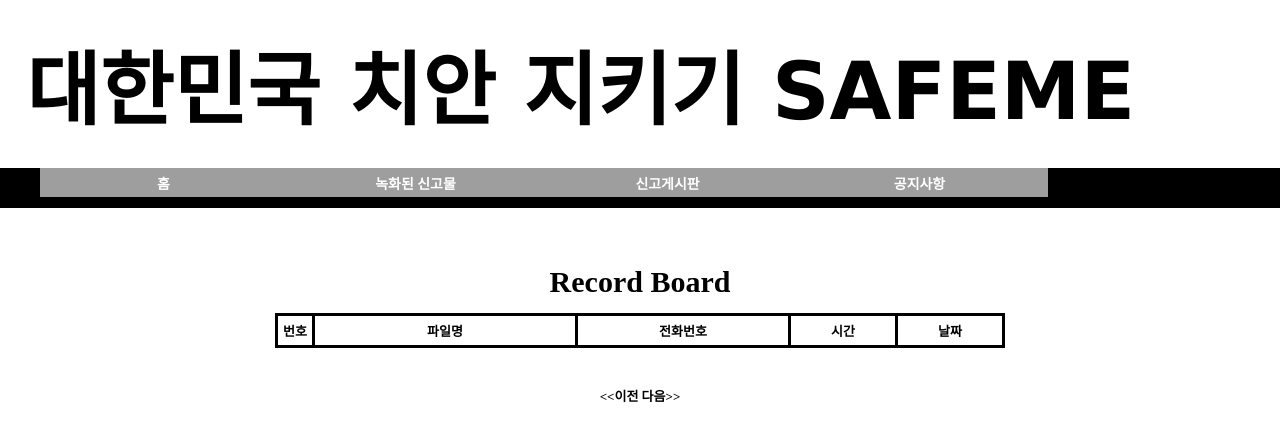
Repository: imdasom/SafeMe
Page: http://localhost/SafeMe/homepage/recordkesipan.jsp
These files come from the project's save history. The page is drawn as it stood at one moment and after the next save; the edit follows.
The browser window is 1280 px wide. The pictures show the whole page.
Pictures or frames that could not be fetched are drawn as grey boxes. The page is served by Tomcat 9. Queries for data that is not in the repository find no rows.

Above is the page before, as saved 2015-12-14 07:22:42.

### FinalSafeMeWeb/SafeMe/homepage/recordkesipan.jsp
<%@ page language="java" import="java.sql.*" contentType="text/html; charset=utf-8" pageEncoding="utf-8"%>
<html>
<head>
<jsp:include page="Home.jsp" flush="false" /></br></br>
<title>글 목록 보기</title>
</head>
<body bgcolor="white" text="black" link="blue" vlink="red" alink="red" style="font-family:돋움;">
<p align="center"><br>
<div align="center"><h1>Record Board</h1>
<table border="0" cellpadding="0" cellspacing="0" width="700">
  	<tr>
        <td bgcolor="black"><table border="0" cellpadding="5" cellspacing="3" width="100%">
                <tr>
                    <th align="center" nowrap bgcolor="#FFFFFF"><p><font
                         size="2" color=black>번호</font></th>
                    <th width=250 align="center" nowrap bgcolor="#FFFFFF""><p><font
                         size="2" color=black>파일명</font></th>
                    <th width="200" align="center" nowrap bgcolor="#FFFFFF""><p><font
                         size="2" color=black>전화번호</font></th>
                    <th width="94" align="center" nowrap bgcolor="#FFFFFF""><p><font
                         size="2" color=black>시간</font></th>
                    <th width="94" align="center" nowrap bgcolor="#FFFFFF"><p><font
                         size="2" color=black>날짜</font></th>
                </tr>
<%
try {
	String b_date,b_time,b_phonenum,b_filename,b_loc_str,b_loc_lat,b_loc_lon;
        int b_id;

	int datacount=0;
        int pagecount;

      Class.forName("com.mysql.jdbc.Driver");
      Connection conn = DriverManager.getConnection("jdbc:mysql://localhost:3306/safemetest","root","test123");
      Statement stmt = conn.createStatement();

        ResultSet rs0=stmt.executeQuery("select count(id) from notify");

        if(rs0.next()) {
                datacount=rs0.getInt(1);
                rs0.close();
        }
        int pagesize=10;
        pagecount=datacount/(pagesize+1)+1;
        int mypage=1;
        int abpage=1;
        if(request.getParameter("mypage")!=null) {
                mypage=Integer.parseInt(request.getParameter("mypage"));
                abpage=(mypage-1)*pagesize+1;
		if(abpage <= 0 ) abpage=1;
        }

       ResultSet rs = stmt.executeQuery("select * from notify order by id desc");

	if(!rs.next()) {
		pagesize=0;
	} else {
		%>

		<%
		rs.absolute(abpage);
	}
	for(int k=1;k <= pagesize; k++) {
                b_id=rs.getInt(1);
                b_date=rs.getString(2);
                b_time=rs.getString(3);
                b_phonenum=rs.getString(4);
                b_filename=rs.getString(5);
                b_loc_str=rs.getString(6);
                b_loc_lat=rs.getString(7);
                b_loc_lon=rs.getString(8);
%>
                <tr>
                  <td align="center" bgcolor="#FFFFFF" ><p><font size="2"><%=b_id%></font></td>
                  <td width="364" align="left" bgcolor="#FFFFFF"><p><font
                       size="2">&nbsp;&nbsp;&nbsp;</font><a href="recordkesipan_view1.jsp?bid=<%=b_id%>"><font
                       size="2"><%=b_filename%></font></a></td>
                  <td width="94" align="center" nowrap bgcolor="#FFFFFF"><p><font
                       size="2"><%=b_phonenum%></font></td>
                  <td width="114" align="center" bgcolor="#FFFFFF"><p><font
                       size="2"><%=b_date%></font></td>
                  <td align="center" bgcolor="#FFFFFF" ><p><font size="2"><%=b_time%></font></td>
                </tr>
<%
		if(rs.getRow()==datacount){
			break;
		} else {
			rs.next();
		}
	}

	rs.close();
	stmt.close();
	conn.close();

%>
            </table></td>
 </tr>
</table></div><br>
<p align="center"><font size=2>
<%
        int gopage=1;
        if(mypage!=1) {
                gopage=mypage-1;
                out.println("<a href=recordkesipan.jsp?mypage="+gopage+"><<이전</a>  ");
        } else {
		out.println("<<이전");
	}
%>
<%
        if(mypage!=pagecount) {
                gopage=mypage+1;
                out.println("<a href=recordkesipan.jsp?mypage="+gopage+">다음>></a>  ");
        } else {
		out.println("다음>>");
	}
} catch (Exception e) {
	out.println(e);
}
%>

</font></p>
</body>
</html>

### FinalSafeMeWeb/SafeMe/homepage/Home.jsp
<%@ page language="java" contentType="text/html; charset=EUC-KR"
    pageEncoding="EUC-KR"%>
<!DOCTYPE html PUBLIC "-//W3C//DTD HTML 4.01 Transitional//EN" "http://www.w3.org/TR/html4/loose.dtd">
<html xmlns="http://www.w3.org/1999/xhtml">
                <head>
                        <meta http-equiv="Content-Type" content="text/html; charset=iso-8859-1" />
                        <title>대한민국 치안 방지 프로젝트</title>
                        <style type="text/css">
<!--
body{
	margin:0;
	padding:0;
	font: bold 15px/1.5em '맑은고딕';
	}
h2{
	font: bold 80px 맑은 고딕, Verdana, Arial, Helvetica, sans-serif;
	color: #000;
	margin: 26px;
	padding: 0px 0px 0px 0px;
	}

/*- Menu Tabs E--------------------------- */

    #tabsE {
      float:left;
      width:100%;
      background:#000;
      font-size:93%;
      line-height:normal;
      height: 40px;
      }
    #tabsE ul {
        margin:0;
        /* padding:10px 10px 0 50px; */
        list-style:none;
        text-align : center;
      }
    #tabsE li {
      display:inline;
      margin:0;
      padding:0;
      }
    #tabsE a {
      float:left;
      background:url("tableftE.gif") no-repeat left top;
      margin:0;
      padding:0 0 0 4px;
      text-decoration:none;
      width:20%;
      }
    #tabsE a span {
      float:left;
      display:block;
      background:url("tabrightE.gif") no-repeat right top;
      padding:5px 15px 4px 6px;
      color:#FFF;
      }
    /* Commented Backslash Hack hides rule from IE5-Mac \*/
    #tabsE a span {float:none;}
    /* End IE5-Mac hack */
    #tabsE a:hover span {
      color:#FFF;
      }
    #tabsE a:hover {
      background-position:0% -42px;
      }
    #tabsE a:hover span {
      background-position:100% -42px;
      }

        #tabsE #current a {
                background-position:0% -42px;
        }
        #tabsE #current a span {
                background-position:100% -42px;
        }
-->
</style>
                </head>

                <body>

                        <h2>대한민국 치안 지키기 SAFEME</h2>
                        <div id="tabsE">
                                <ul>
                                        <!-- CSS Tabs -->
<li><a href="HomeImage.jsp"><span>홈</span></a></li>
<li><a href="recordkesipan.jsp"><span>녹화된 신고물</span></a></li>
<li><a href="sinkokyesipan.jsp"><span>신고게시판</span></a></li>
<li><a href="list1.jsp"><span>공지사항</span></a></li>

                                </ul>
                        </div>

                </body>

</html>

After the next save:
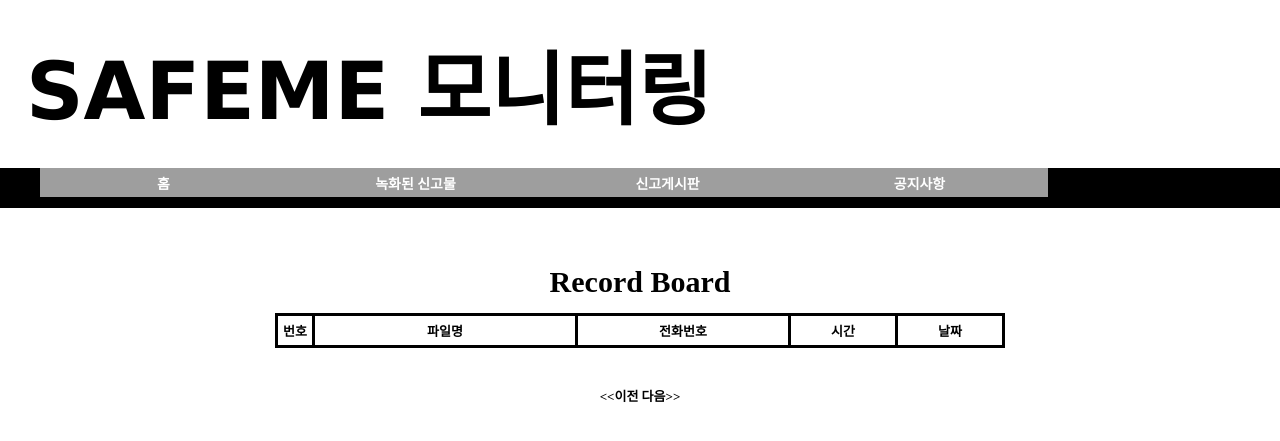
Saved 17 s later.
--- a/FinalSafeMeWeb/SafeMe/homepage/Home.jsp
+++ b/FinalSafeMeWeb/SafeMe/homepage/Home.jsp
@@ -80,7 +80,7 @@
 
                 <body>
 
-                        <h2>대한민국 치안 지키기 SAFEME</h2>
+                        <h2>SAFEME 모니터링</h2>
                         <div id="tabsE">
                                 <ul>
                                         <!-- CSS Tabs -->
